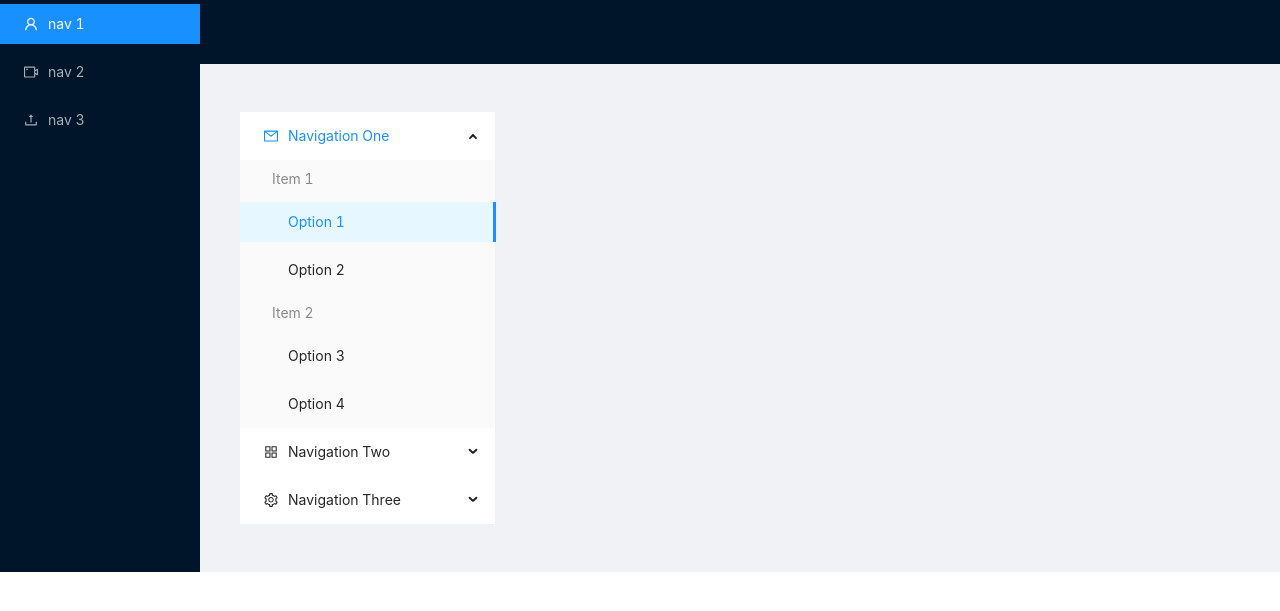
Repository: CBH20010703/BlogsAntd
Page: /
These files come from the project's save history. The page is drawn as it stood at one moment and after the next save; the edit follows.
The browser window is 1280 px wide. The pictures show the whole page.
The project was rebuilt for these pictures with package versions that can differ from the ones it lists, and the page was loaded fresh each time. Also part of the build but not shown: src/view/404/Error.jsx.

Above is the page before, as saved 2021-06-20 22:23:25.

### src/index.js
import React from 'react';
import ReactDOM from 'react-dom';
import './index.css';
import App from './App';



ReactDOM.render(<App />,document.getElementById('root'));

### src/App.js
import './App.css';
import { React, Component } from "react";
import RouterMap from './router/RouterMap';
import { Layout, Menu } from 'antd';
import {
  MenuUnfoldOutlined,
  MenuFoldOutlined,
  UserOutlined,
  VideoCameraOutlined,
  UploadOutlined,
} from '@ant-design/icons';

const { Header, Sider, Content } = Layout;
export default class  App extends Component {
  constructor(props) {
    super(props);
    this.state = {  collapsed: false, }
  }
   toggle = () => {
    this.setState({
      collapsed: !this.state.collapsed,
    });
  };
  render() {
    return (
      <div>
         <Layout>
        <Sider trigger={null} collapsible collapsed={this.state.collapsed}>
          <div className="logo" />
          <Menu theme="dark" mode="inline" defaultSelectedKeys={['1']}>
            <Menu.Item key="1" icon={<UserOutlined />}>
              nav 1
            </Menu.Item>
            <Menu.Item key="2" icon={<VideoCameraOutlined />}>
              nav 2
            </Menu.Item>
            <Menu.Item key="3" icon={<UploadOutlined />}>
              nav 3
            </Menu.Item>
          </Menu>
        </Sider>
        <Layout className="site-layout">
          <Header className="site-layout-background" style={{ padding: 0 }}>

          </Header>
          <Content
            className="site-layout-background"
            style={{
              margin: '24px 16px',
              padding: 24,
              minHeight: 280,
            }}
          >
             <RouterMap/>
          </Content>
        </Layout>
      </Layout>

      </div>
    );
  }
}

### src/router/RouterMap.js
import React from 'react'
import { HashRouter, Route, Switch} from 'react-router-dom'
import Home from "../view/Home/Home.jsx";
import Error from "../view/404/Error.jsx";
export default class RouterMap  extends React.Component {
    updateHandle() {
        console.log('每次router变化之后都会触发')
    }
    render() {
        return (
            <HashRouter>
                <Switch>
                    <Route exact path="/" component={Home} />
                    <Route  path="*" component={Error} />
               </Switch>
            </HashRouter>
        )
    }
}

### src/view/Home/Home.jsx
import React, { Component } from 'react'
import { Menu } from 'antd';
import { AppstoreOutlined, MailOutlined, SettingOutlined } from '@ant-design/icons';
const { SubMenu } = Menu;
export default class Home extends Component {
      handleClick = e => {
    console.log('click ', e);
  };
    render() {
        return (
            <div>
               <Menu
        onClick={this.handleClick}
        style={{ width: 256 }}
        defaultSelectedKeys={['1']}
        defaultOpenKeys={['sub1']}
        mode="inline"
      >
        <SubMenu key="sub1" icon={<MailOutlined />} title="Navigation One">
          <Menu.ItemGroup key="g1" title="Item 1">
            <Menu.Item key="1">Option 1</Menu.Item>
            <Menu.Item key="2">Option 2</Menu.Item>
          </Menu.ItemGroup>
          <Menu.ItemGroup key="g2" title="Item 2">
            <Menu.Item key="3">Option 3</Menu.Item>
            <Menu.Item key="4">Option 4</Menu.Item>
          </Menu.ItemGroup>
        </SubMenu>
        <SubMenu key="sub2" icon={<AppstoreOutlined />} title="Navigation Two">
          <Menu.Item key="5">Option 5</Menu.Item>
          <Menu.Item key="6">Option 6</Menu.Item>
          <SubMenu key="sub3" title="Submenu">
            <Menu.Item key="7">Option 7</Menu.Item>
            <Menu.Item key="8">Option 8</Menu.Item>
          </SubMenu>
        </SubMenu>
        <SubMenu key="sub4" icon={<SettingOutlined />} title="Navigation Three">
          <Menu.Item key="9">Option 9</Menu.Item>
          <Menu.Item key="10">Option 10</Menu.Item>
          <Menu.Item key="11">Option 11</Menu.Item>
          <Menu.Item key="12">Option 12</Menu.Item>
        </SubMenu>
      </Menu>
            </div>
        )
    }
}

Loaded but not shown: public/index.html (common file); src/index.css (common file); src/App.css (common file)

After the next save:
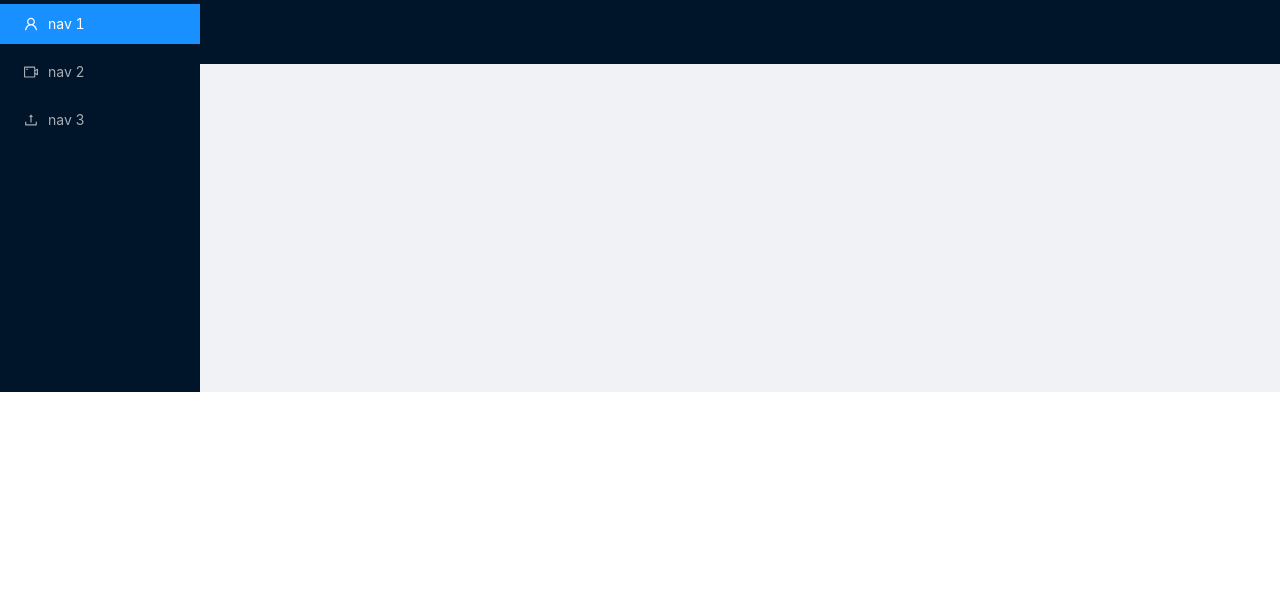
Saved 35 s later.
--- a/src/view/Home/Home.jsx
+++ b/src/view/Home/Home.jsx
@@ -9,38 +9,8 @@
     render() {
         return (
             <div>
-               <Menu
-        onClick={this.handleClick}
-        style={{ width: 256 }}
-        defaultSelectedKeys={['1']}
-        defaultOpenKeys={['sub1']}
-        mode="inline"
-      >
-        <SubMenu key="sub1" icon={<MailOutlined />} title="Navigation One">
-          <Menu.ItemGroup key="g1" title="Item 1">
-            <Menu.Item key="1">Option 1</Menu.Item>
-            <Menu.Item key="2">Option 2</Menu.Item>
-          </Menu.ItemGroup>
-          <Menu.ItemGroup key="g2" title="Item 2">
-            <Menu.Item key="3">Option 3</Menu.Item>
-            <Menu.Item key="4">Option 4</Menu.Item>
-          </Menu.ItemGroup>
-        </SubMenu>
-        <SubMenu key="sub2" icon={<AppstoreOutlined />} title="Navigation Two">
-          <Menu.Item key="5">Option 5</Menu.Item>
-          <Menu.Item key="6">Option 6</Menu.Item>
-          <SubMenu key="sub3" title="Submenu">
-            <Menu.Item key="7">Option 7</Menu.Item>
-            <Menu.Item key="8">Option 8</Menu.Item>
-          </SubMenu>
-        </SubMenu>
-        <SubMenu key="sub4" icon={<SettingOutlined />} title="Navigation Three">
-          <Menu.Item key="9">Option 9</Menu.Item>
-          <Menu.Item key="10">Option 10</Menu.Item>
-          <Menu.Item key="11">Option 11</Menu.Item>
-          <Menu.Item key="12">Option 12</Menu.Item>
-        </SubMenu>
-      </Menu>
+
+
             </div>
         )
     }
